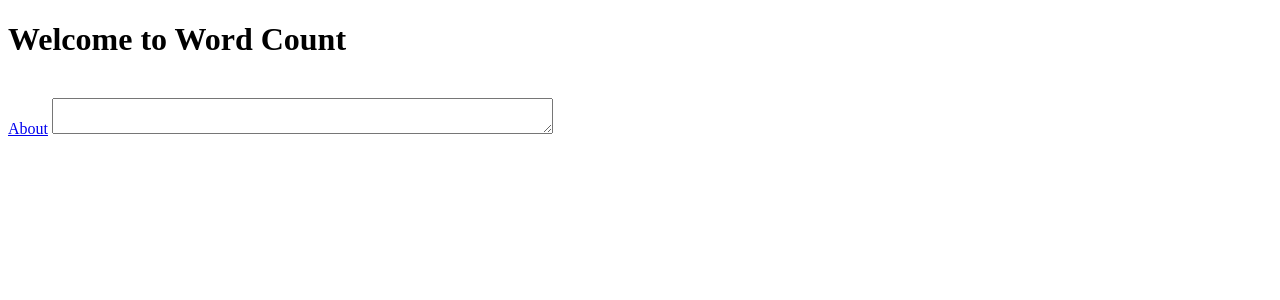
Repository: Space20001/word-count-project
Page: http://localhost/
An editor plug-in stored every save of this project. The page is shown before and after a run of saves, followed by the edit.
The browser window is 1280 px wide. The pictures show the whole page.
The page is served by the project's application, run on Django 3.2 (manage.py).

Above is the page before, as saved 2020-04-19 19:03:43.

After the next 4 saves:
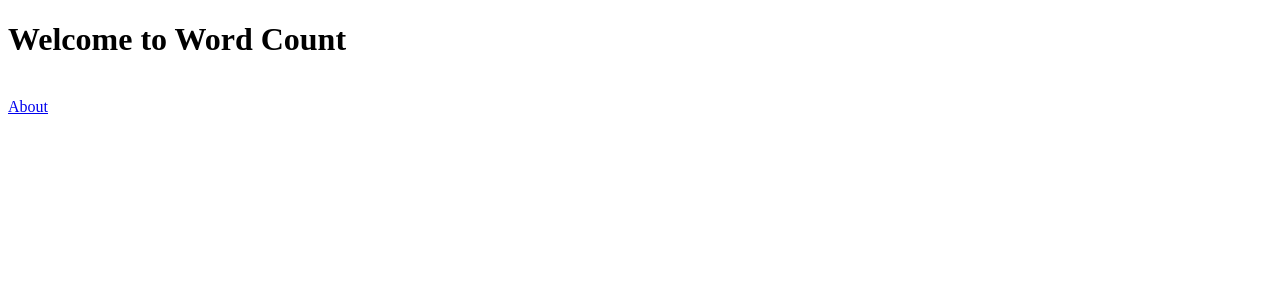
The 4 saves are shown as one change because they came seconds apart.
The last was saved 11 s later.
--- a/templates/count/home.html
+++ b/templates/count/home.html
@@ -8,7 +8,7 @@
 <a href="urls about.html">About</a>
 
 
-<textarea cols="60" row=40></textarea>
+<textarea cols="60" row="402 re></textarea>
 
 
 </body>
